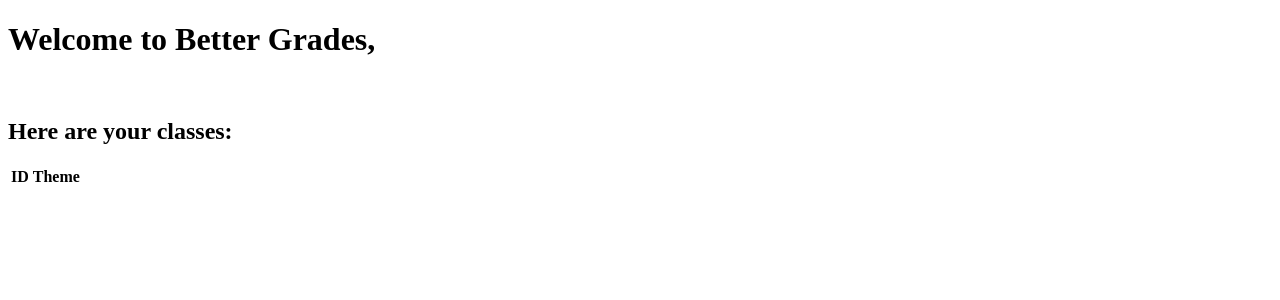
Repository: Kitty-kat-lol/Better-Grades-S3-e18
Page: http://localhost/Application/Home
These files come from the project's save history. The page is drawn as it stood at one moment and after the next save; the edit follows.
The browser window is 1280 px wide. The pictures show the whole page.
The page is served by Tomcat 9. Other server files are loaded and not shown.

Above is the page before, as saved 2018-06-16 21:59:00.

### TestProject/Application/WebContent/Home.jsp
<%@ page language="java" contentType="text/html; charset=ISO-8859-1"
    pageEncoding="ISO-8859-1"%>
<!DOCTYPE html PUBLIC "-//W3C//DTD HTML 4.01 Transitional//EN" "http://www.w3.org/TR/html4/loose.dtd">

<html>
<link rel="stylesheet" type="text/css" href="Style.css">
<head>
<meta http-equiv="Content-Type" content="text/html; charset=ISO-8859-1">
<title>Bienvenue</title>
</head>
<body>

<h1><%
	out.println("Welcome to Better Grades,");


	%></h1>
<br/>
<h2><%

	out.println("Here are your classes: ");
	%></h2>
<table>
	<tr>
        <th>ID</th>
        <th>Theme</th>
    </tr>
    </table>


</body>
</html>

### TestProject/Application/src/localpage/Home.java
package localpage;

import java.io.IOException;

import javax.servlet.RequestDispatcher;
import javax.servlet.ServletException;
import javax.servlet.annotation.WebServlet;
import javax.servlet.http.HttpServlet;
import javax.servlet.http.HttpServletRequest;
import javax.servlet.http.HttpServletResponse;

/**
 * Servlet implementation class Home
 */
@WebServlet(description = "Page d'accueuil de Better Grades", urlPatterns = { "/Home" })
public class Home extends HttpServlet {
	private static final long serialVersionUID = 1L;

    /**
     * @see HttpServlet#HttpServlet()
     */
    public Home() {
        super();
        // TODO Auto-generated constructor stub
    }

	/**
	 * @see HttpServlet#doGet(HttpServletRequest request, HttpServletResponse response)
	 */
	protected void doGet(HttpServletRequest request, HttpServletResponse response) throws ServletException, IOException {
		// TODO Auto-generated method stub
		//response.getWriter().append("Served at: ").append(request.getContextPath());

		response.setContentType("text/html") ;
		// construction d'un request dispatcher sur la page JSP, qui doit exister
		// dans la web application courante
	    RequestDispatcher requestDispatcher = request.getRequestDispatcher("Home.jsp") ;

	     // inclusion de cette ressource
	    requestDispatcher.include(request, response) ;
	}

	/**
	 * @see HttpServlet#doPost(HttpServletRequest request, HttpServletResponse response)
	 */
	protected void doPost(HttpServletRequest request, HttpServletResponse response) throws ServletException, IOException {
		// TODO Auto-generated method stub
		doGet(request, response);
	}

}

Loaded but not shown: TestProject/Application/WebContent/Style.css (common file)

After the next save:
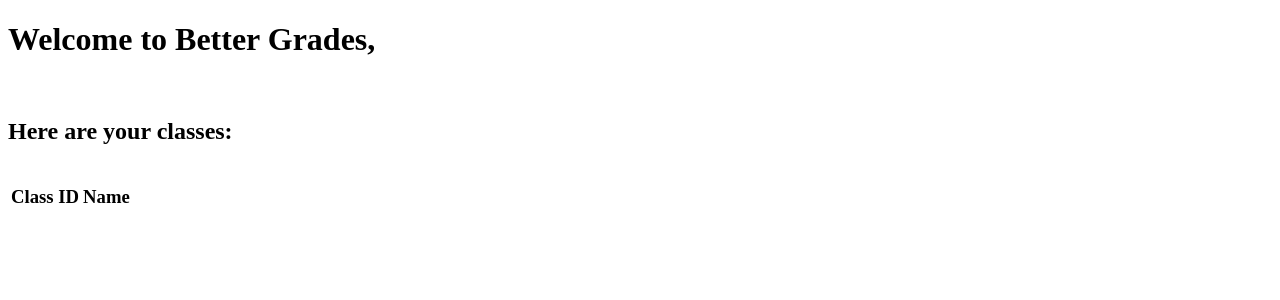
Saved 4 min 33 s later.
--- a/TestProject/Application/WebContent/Home.jsp
+++ b/TestProject/Application/WebContent/Home.jsp
@@ -21,9 +21,10 @@
 	out.println("Here are your classes: ");
 	%></h2>
 <table>
+
 	<tr>
-        <th>ID</th>
-        <th>Theme</th>
+        <th><h3>Class ID</h3></th>
+        <th> <h3>Name</h3> </th>
     </tr>
     </table>
 
